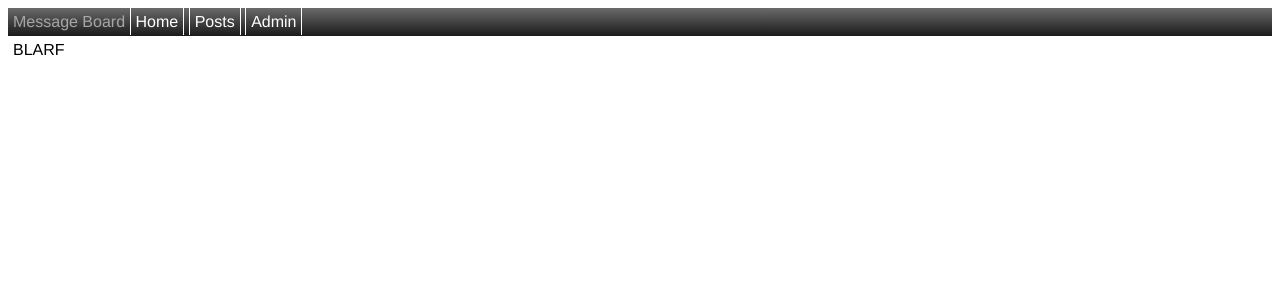
Repository: JesseFo/Whitespace
Page: whitespace/WebContent/WEB-INF/posts.html
The author's editor kept a copy of each file at every save. The page is drawn from the files as they stood at one save, then again after the next save.
The browser window is 1280 px wide. The pictures show the whole page.

Above is the page before, as saved 2015-10-15 06:57:07.

After the next save:
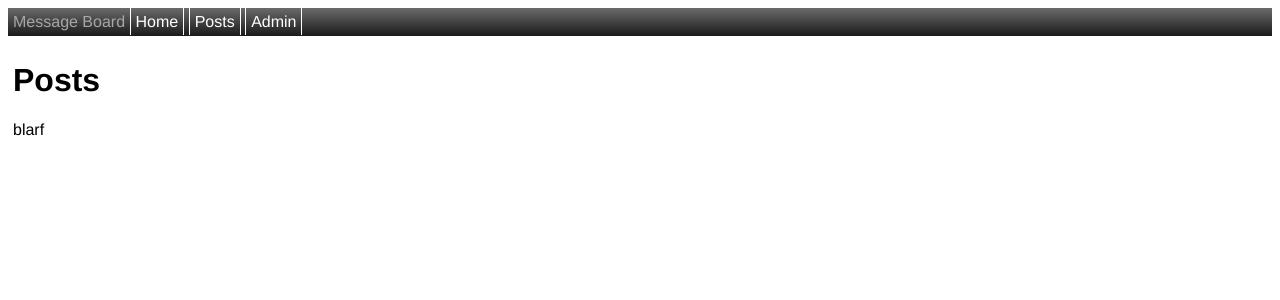
Saved 50 min 54 s later.
--- a/whitespace/WebContent/WEB-INF/posts.html
+++ b/whitespace/WebContent/WEB-INF/posts.html
@@ -17,7 +17,8 @@
 			</nav>
 
 			<div id="content">
-				BLARF
+				<h1>Posts</h1>
+				<p>blarf</p>
 			</div>
 		</div>
 	</body>
